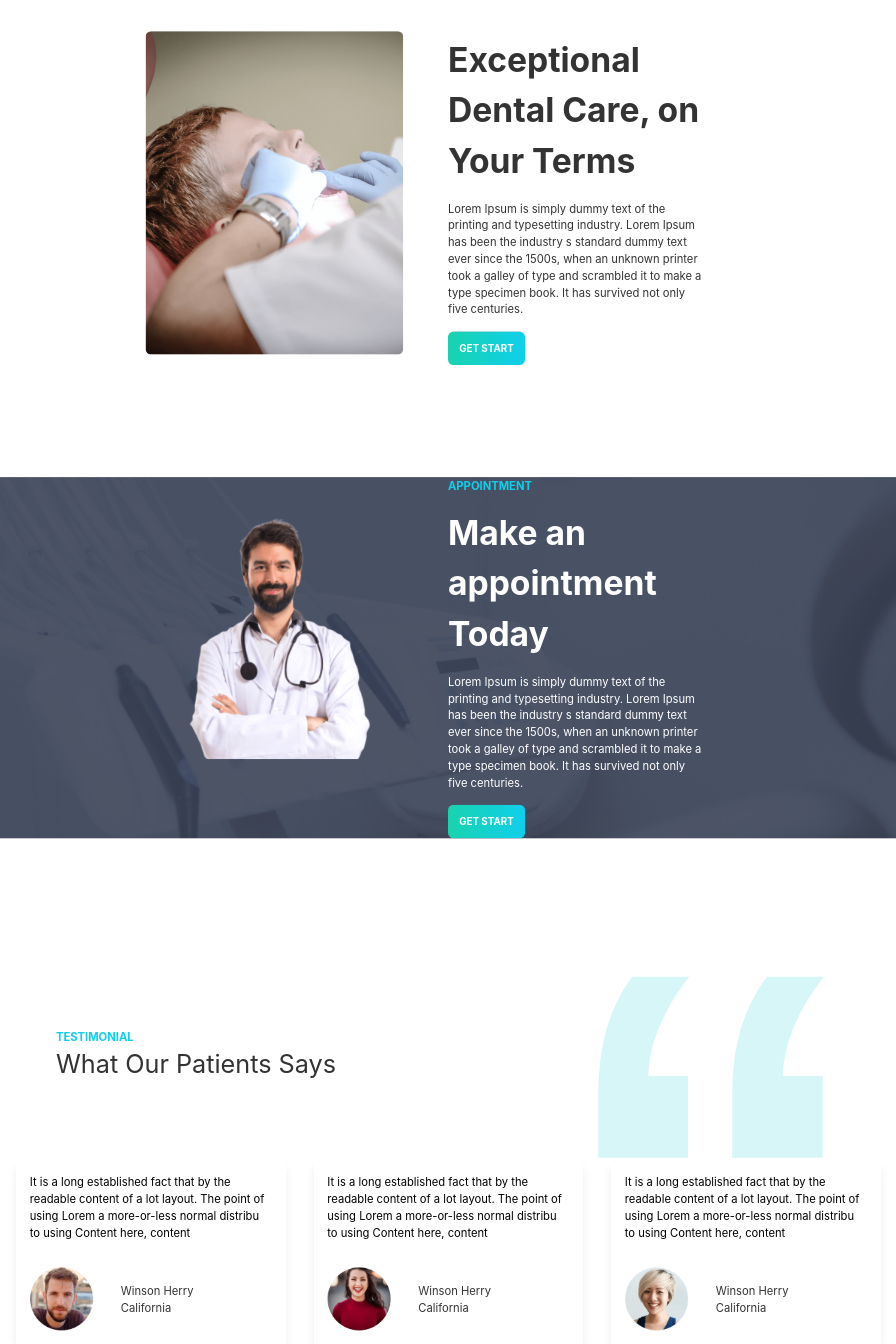
Repository: shikubro90/doctorsportal
Page: /
These files come from the project's save history. The page is drawn as it stood at one moment and after the next save; the edit follows.
The browser window is 1280 px wide. The pictures show the part of the page from y = 1762 to 3682 px (the page is 3682 px tall), at 70% of full size.
The project was rebuilt for these pictures with package versions that can differ from the ones it lists, and the page was loaded fresh each time. Also part of the build but not shown: src/App.css, src/Pages/About/About.jsx.

Above is the page before, as saved 2022-10-02 10:10:19.

### src/App.js
import { Route, Routes } from 'react-router-dom';
import './App.css';
import About from './Pages/About/About';
import Home from './Pages/Home/Home';
import Navbar from './Shared/Navbar';

function App() {
  return (
    <div className="App">
      <Navbar/>
      <Routes>
        <Route path='/' element={<Home/>}/>
        <Route path='/home' element={<Home/>}/>
        <Route path='/about' element={<About/>}/>
      </Routes>
    </div>
  );
}

export default App;

### src/Pages/Home/Home.jsx
import React from 'react'
import AppointmentSection from './AppointmentSection'
import Banner from './Banner'
import BasicInfo from './BasicInfo'
import ServiceSection from './ServiceSection'
import TestimonialSection from './TestimonialSection'

const Home = () => {
  return (
    <div>
      <Banner />
      <BasicInfo/>
      <ServiceSection/>
      <AppointmentSection/>
      <TestimonialSection/>
    </div>
  )
}

export default Home

### src/Shared/Navbar.jsx
import React from 'react'
import { Link } from 'react-router-dom'

const Navbar = () => {
  return (
    <div className="px-20">
      <div className="navbar bg-base-100">
        <div className="navbar-start">
          <div className="dropdown">
            <label tabIndex={0} className="btn btn-ghost lg:hidden">
              <svg
                xmlns="http://www.w3.org/2000/svg"
                className="h-5 w-5"
                fill="none"
                viewBox="0 0 24 24"
                stroke="currentColor"
              >
                <path
                  strokeLinecap="round"
                  strokeLinejoin="round"
                  strokeWidth="2"
                  d="M4 6h16M4 12h8m-8 6h16"
                />
              </svg>
            </label>
            <ul
              tabIndex={0}
              className="menu menu-compact dropdown-content mt-3 p-2 shadow bg-base-100 rounded-box w-52"
            >
              <li>
                <Link to="/home">Home</Link>
              </li>
              <li>
                <Link to="/about">About</Link>
              </li>
              <li>
                <Link to="/appointment">Appointment</Link>
              </li>
              <li>
                <Link to="/review">Reviews</Link>
              </li>
              <li>
                <Link to="/contact">Contact Us</Link>
              </li>
              <li>
                <Link to="/contact">Login</Link>
              </li>
            </ul>
          </div>
          <Link to="/" className='btn btn-ghost normal-case text-xl'>Doctors Portal</Link>
        </div>

        <div className="navbar-center hidden lg:flex">

          <ul className="menu menu-horizontal p-0 pl-20">
            <li>
              <Link to="/home">Home</Link>
            </li>
            <li>
              <Link to="/about">About</Link>
            </li>
            <li>
              <Link to="/appointment">Appointment</Link>
            </li>
            <li>
              <Link to="/review">Reviews</Link>
            </li>
            <li>
              <Link to="/contact">Contact Us</Link>
            </li>
            <li>
              <Link to="/contact">Login</Link>
            </li>
          </ul>

        </div>

      </div>

    </div>
  )
}

export default Navbar

### src/Pages/Home/AppointmentSection.jsx
import React from 'react'
import AppointmentCard from './AppointmentCard'

import { appointment } from '../../assets/resourse/Resourse.js'

const AppointmentSection = () => {
  return (
    <div>
      {appointment.map(
        ({ id, image, title, desc, style, button_text, shortTitle }) => {
          return (
            <AppointmentCard
              key={id}
              image={image}
              title={title}
              desc={desc}
              style={style}
              button_text={button_text}
              shortTitle={shortTitle}
            />
          )
        },
      )}
    </div>
  )
}

export default AppointmentSection

### src/Pages/Home/Banner.jsx
import React from 'react'
import heroImage from '../../assets/images/chair.png'
import ButtonPrimary from '../../Shared/ButtonPrimary'
import bg from '../../assets/images/bg.png'

function Banner() {
  return (
    <div>
      <div
        className="hero min-h-screen"
        style={{ background: `url(${bg})`, backgroundSize: 'cover' }}
      >
        <div className="hero-content flex flex-col lg:flex-row-reverse">
          <img
            src={heroImage}
            className="max-w-lg rounded-lg shadow-2xl"
            alt="bannerImage"
          />
          <div className="px-6">
            <h1 className="text-5xl font-bold uppercase">
              Your New Smile Starts Here
            </h1>
            <p className="py-6 ">
              Provident cupiditate voluptatem et in. Quaerat fugiat ut assumenda
              excepturi exercitationem quasi. In deleniti eaque aut repudiandae
              et a id nisi.
            </p>
            <ButtonPrimary>{'Get Started'}</ButtonPrimary>
          </div>
        </div>
      </div>
    </div>
  )
}

export default Banner

### src/Pages/Home/BasicInfo.jsx
import MiniCard from './MiniCard'
import { miniCard } from '../../assets/resourse/Resourse.js'

const BasicInfo = () => {
  return (
    <div className="flex items-center justify-center gap-5 px-5">
      {miniCard.map(({ id, icon, title, style, disc }) => {
        return (
          <MiniCard
            key={id}
            icon={icon}
            title={title}
            style={style}
            disc={disc}
          />
        )
      })}
    </div>
  )
}

export default BasicInfo

### src/Pages/Home/ServiceSection.jsx
import MiniServiceCard from './MiniServiceCard'
import { serviceMiniCard } from '../../assets/resourse/Resourse'

const ServiceSection = () => {
  return (
    <div className="serviceWrapp pt-40">
      <div className="flex items-center justify-center flex-col">
        <p className="text-primary font-bold uppercase">Our Service</p>
        <h2 className="text-3xl my-5">Service We Provide</h2>
      </div>
      <div className="flex items-center justify-center px-5 gap-5">
        {serviceMiniCard.map(({ id, icon, title, disc, style }) => {
          return (
            <MiniServiceCard
              key={id}
              icon={icon}
              title={title}
              disc={disc}
              style={style}
            />
          )
        })}
      </div>
    </div>
  )
}

export default ServiceSection

### src/Pages/Home/TestimonialSection.jsx
import React from 'react'
import TestimonialCard from './TestimonialCard'
import quote from '../../assets/icons/quote.svg'
import { testimonial } from '../../assets/resourse/Resourse.js'

const TestimonialSection = () => {
  return (
    <div className="testimonial">
      <div className="testimonialWrap">
        <div className="content">
          <div className="header flex items-center justify-between px-20">
            <div className="header_left">
              <div className="shortTitle uppercase text-primary font-bold">
                Testimonial
              </div>
              <div className="text-[36px]">What Our Patients Says</div>
            </div>
            <div className="header_right">
              <img src={quote} alt="quote" />
            </div>
          </div>
          <div className="body flex items-center justify-center gap-10">
            {testimonial.map(({ id, title, image, name, country, desc }) => {
              return (
                <TestimonialCard
                  key={id}
                  title={title}
                  image={image}
                  name={name}
                  country={country}
                  desc={desc}
                />
              )
            })}
          </div>
        </div>
      </div>
    </div>
  )
}

export default TestimonialSection

### src/Pages/Home/AppointmentCard.jsx
import ButtonPrimary from '../../Shared/ButtonPrimary'


const AppointmentCard = (props) => {

  const { image, title, desc, style, button_text, shortTitle } = props

  return (
    <section className={`my-[160px]`} style={{background: `url(${style})`}}>
      <div className={`wrapper flex items-center px-52 ${style}`}>
        <div className="image flex-1">
          <img className={`rounded-lg ${style && "mt-[-60px]"}`} src={image} alt="bannerImage" />
        </div>
        <div className="details flex-1 flex justify-center flex-col px-16 gap-5">
          <div className="shortTitle uppercase text-primary font-bold">{shortTitle}</div>
          <div className={`title font-bold text-[48px] ${style && "text-white"}`}>{title}</div>
          <div className={`desc ${style && "text-white"}`}>{desc}</div>
          <ButtonPrimary>{button_text}</ButtonPrimary>
        </div>
      </div>
    </section>
  )
}

export default AppointmentCard

### src/assets/resourse/Resourse.js
import clock from '../icons/clock.svg'
import marker from '../icons/marker.svg'
import phone from '../icons/phone.svg'

import cavity from '../images/cavity.png'
import fluorid from '../images/fluoride.png'
import whitening from '../images/whitening.png'

import doctor from '../images/doctor-small.png'
import treatment from '../images/treatment.png'

import bgImage from '../images/appointment.png'


import people1 from '../images/people1.png'
import people2 from '../images/people2.png'
import people3 from '../images/people3.png'

export const miniCard = [
  {
    id: 0,
    icon: clock,
    title: 'Opening Hours',
    disc: 'Lorem Ipsum is simply dummy text of the pri',
    style: 'bg-gradient-to-r from-secondary to-primary text-white',
  },

  {
    id: 1,
    icon: marker,
    title: 'Visit our location',
    disc: 'Lorem Ipsum is simply dummy text of the pri',
    style: 'bg-[#3A4256] text-white',
  },

  {
    id: 2,
    icon: phone,
    title: 'Contact us now',
    disc: 'Lorem Ipsum is simply dummy text of the pri',
    style: 'bg-gradient-to-r from-secondary to-primary text-white',
  },
]

export const serviceMiniCard = [
  {
    id: 0,
    icon: cavity,
    title: 'Fluoride Treatment',
    disc:
      'Lorem Ipsum is simply dummy printing and typesetting indust Ipsum has been the',
    style: '',
  },
  {
    id: 1,
    icon: fluorid,
    title: 'Cavity Filling',
    disc:
      'Lorem Ipsum is simply dummy printing and typesetting indust Ipsum has been the',
    style: '',
  },
  {
    id: 2,
    icon: whitening,
    title: 'Teeth Whitening',
    disc:
      'Lorem Ipsum is simply dummy printing and typesetting indust Ipsum has been the',
    style: '',
  },
]

export const appointment = [
  {
    id: 0,
    image: treatment,
    title: 'Exceptional Dental Care, on Your Terms',
    desc:
      'Lorem Ipsum is simply dummy text of the printing and typesetting industry. Lorem Ipsum has been the industry s standard dummy text ever since the 1500s, when an unknown printer took a galley of type and scrambled it to make a type specimen book. It has survived not only five centuries.',
    button_text: 'Get Start',
    style: '',
  },
  {
    id: 1,
    image: doctor,
    shortTitle: 'Appointment',
    title: 'Make an appointment Today',
    desc:
      'Lorem Ipsum is simply dummy text of the printing and typesetting industry. Lorem Ipsum has been the industry s standard dummy text ever since the 1500s, when an unknown printer took a galley of type and scrambled it to make a type specimen book. It has survived not only five centuries.',
    button_text: 'Get Start',
    style: bgImage,
  },
]

export const testimonial = [
    {
        id : 0,
        desc : "It is a long established fact that by the readable content of a lot layout. The point of using Lorem a more-or-less normal distribu to using Content here, content",
        image : people1,
        name : "Winson Herry",
        country : "California"
    },
    {
        id : 1,
        desc : "It is a long established fact that by the readable content of a lot layout. The point of using Lorem a more-or-less normal distribu to using Content here, content",
        image : people2,
        name : "Winson Herry",
        country : "California"
    },
    {
        id : 2,
        desc : "It is a long established fact that by the readable content of a lot layout. The point of using Lorem a more-or-less normal distribu to using Content here, content",
        image : people3,
        name : "Winson Herry",
        country : "California"
    },
]

### src/Shared/ButtonPrimary.jsx
function ButtonPrimary({ children }) {

  return (
    <div>
      <button className={`btn bg-gradient-to-r from-secondary to-primary border-none font-bold text-white`}>
        {children}
      </button>
    </div>
  )
}

export default ButtonPrimary

### src/Pages/Home/MiniCard.jsx
const MiniCard = (props) => {
  const { icon, title, style, disc } = props
  return (
    <div
      className={`card card-side bg-base-100 shadow-xl flex items-center justify-center px-4 ${style}`}
    >
      <div className="">
        <img src={icon} alt="icon" />
      </div>
      <div className="card-body">
        <h2 className="card-title">{title}</h2>
        <p>{disc}</p>
      </div>
    </div>
  )
}

export default MiniCard

### src/Pages/Home/MiniServiceCard.jsx
const MiniServiceCard = (props) => {
  const { icon, title, disc } = props
  return (
    <div className="cardWrapper flex flex-col items-center justify-center p-6 py-20  gap-5 shadow-lg rounded-lg">
      <div className="icon">
        <img src={icon} alt="" />
      </div>
      <div className="title">{title}</div>
      <div className="desc text-center px-16">{disc}</div>
    </div>
  )
}

export default MiniServiceCard

### src/Pages/Home/TestimonialCard.jsx
import React from 'react'

const TestimonialCard = (props) => {
    const {desc,image, name, country} = props
  return (
    <div className='mainCard w-[385px] shadow-lg p-5'>
        <div className="CardBody flex flex-col gap-[38px]">
            <div className="desc">
                <p className='text-black'>{desc}</p>
            </div>
            <div className="bio flex items-center gap-10">
                <img src={image} alt="" />
                <div className="info">
                    <h4>{name}</h4>
                    <p>{country}</p>
                </div>
            </div>
        </div>
    </div>
  )
}

export default TestimonialCard

### tailwind.config.js
/** @type {import('tailwindcss').Config} */

module.exports = {
  content: ['./src/**/*.{js,jsx,ts,tsx}'],
  theme: {},
  daisyui: {
    themes: [
      {
        doctorstheme: {
          primary: '#0FCFEC',
          secondary: '#19D3AE',
          accent: '#3A4256',
          neutral: '#3d4451',
          'base-100': '#ffffff',
        },
      },
      'light',
      'cupcake',
    ],
  },
  plugins: [require('daisyui')],
}

Loaded but not shown: public/index.html (common file); src/index.js (common file); src/index.css (common file); src/reportWebVitals.js (common file)

After the next save:
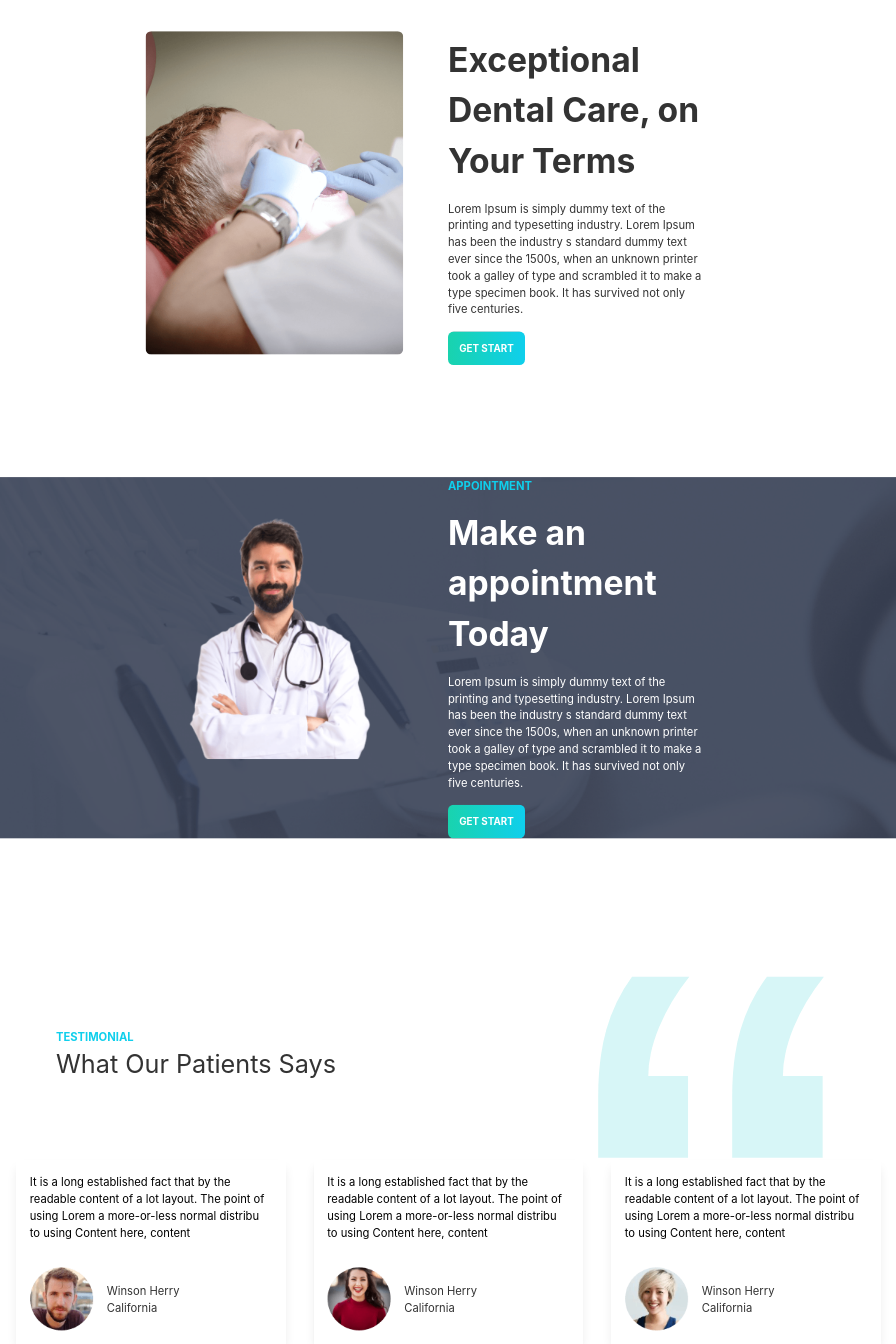
Saved 13 s later.
--- a/src/Pages/Home/TestimonialCard.jsx
+++ b/src/Pages/Home/TestimonialCard.jsx
@@ -8,7 +8,7 @@ const TestimonialCard = (props) => {
             <div className="desc">
                 <p className='text-black'>{desc}</p>
             </div>
-            <div className="bio flex items-center gap-10">
+            <div className="bio flex items-center gap-5">
                 <img src={image} alt="" />
                 <div className="info">
                     <h4>{name}</h4>
